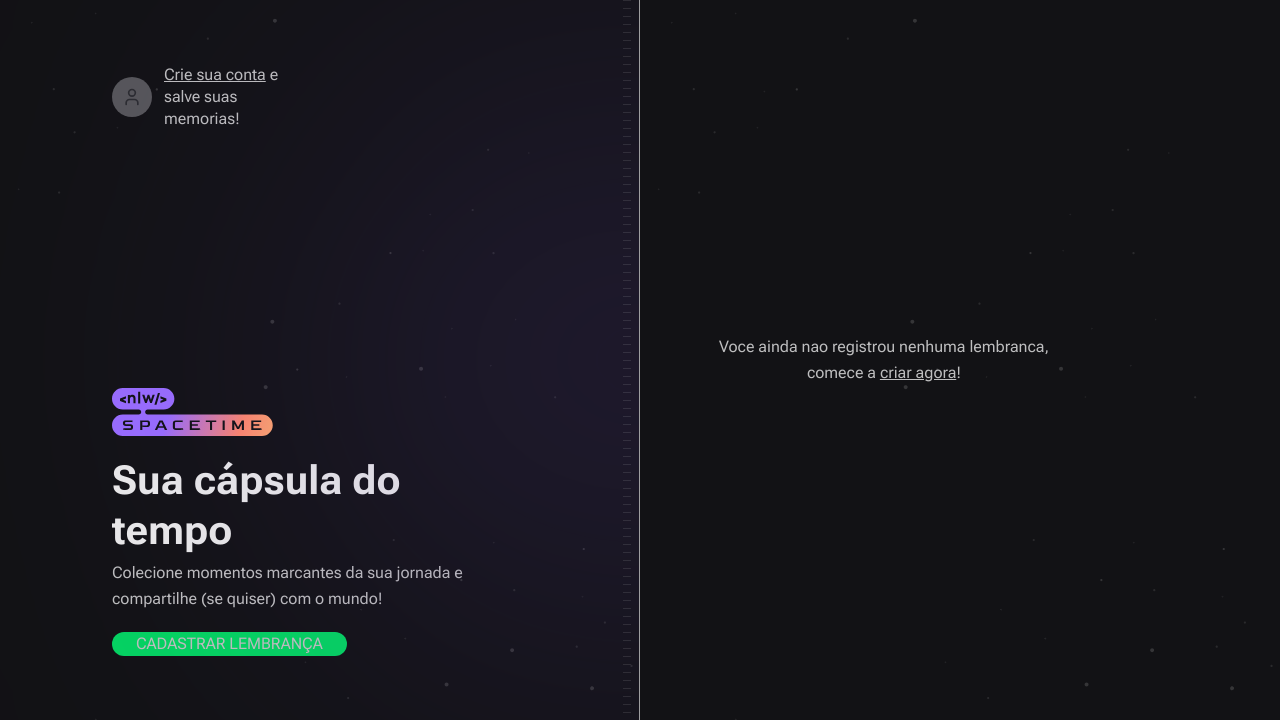
Repository: viniimartins/NLWSpacetime
Page: /
These files come from the project's save history. The page is drawn as it stood at one moment and after a run of saves; the edit follows.
The browser window is 1280 px wide. The pictures show the whole page.
Some web fonts or font styles are not loaded; a fallback is used. The project was rebuilt for these pictures with package versions that can differ from the ones it lists, and the page was loaded fresh each time. The framework's server and built-in components were replaced by stand-ins that run in the browser. Also part of the build but not shown: next.config.js.

Above is the page before, as saved 2023-05-28 20:18:25.

After the next 2 saves:
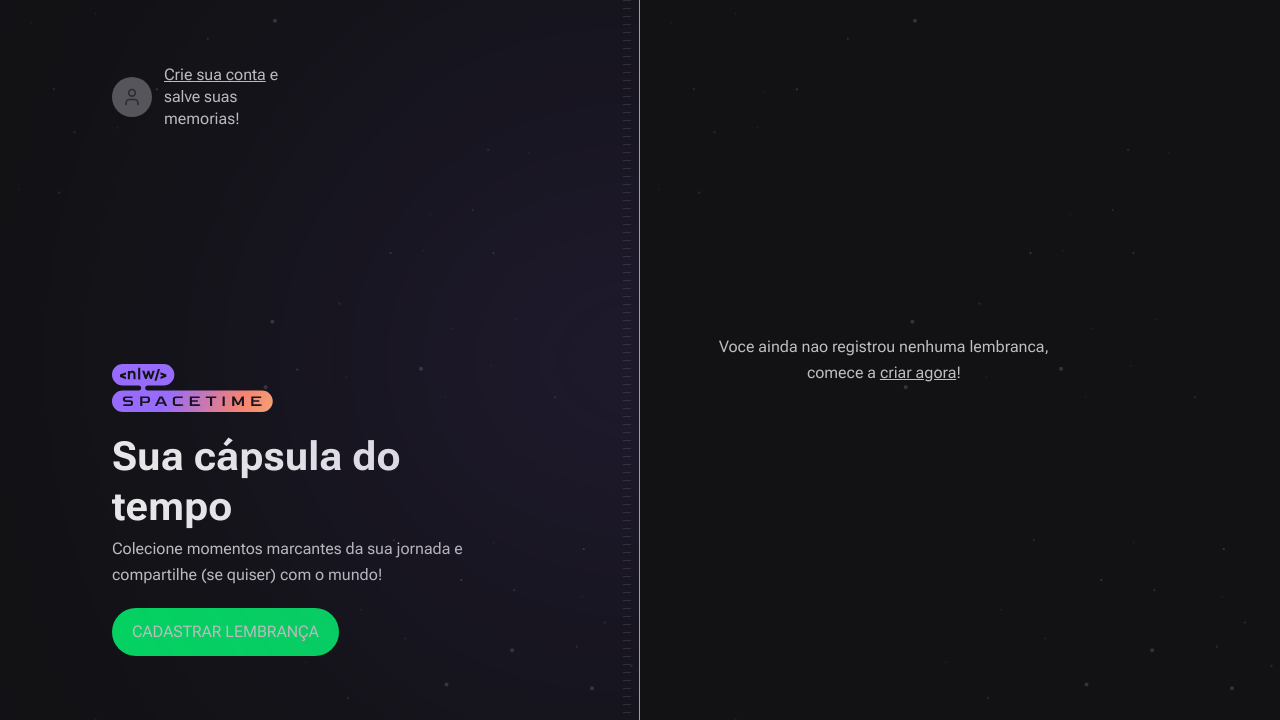
The 2 saves are shown as one change because they came seconds apart.
The last was saved 5 s later.
--- a/src/app/page.tsx
+++ b/src/app/page.tsx
@@ -44,7 +44,7 @@ export default function Home() {
             </p>
           </div>
 
-          <a className="inline-block rounded-full bg-green-500 px-6" href="">
+          <a className="inline-block rounded-full bg-green-500 px-5 py-3 font-alt" href="">
             CADASTRAR LEMBRANÇA
           </a>
         </div>
